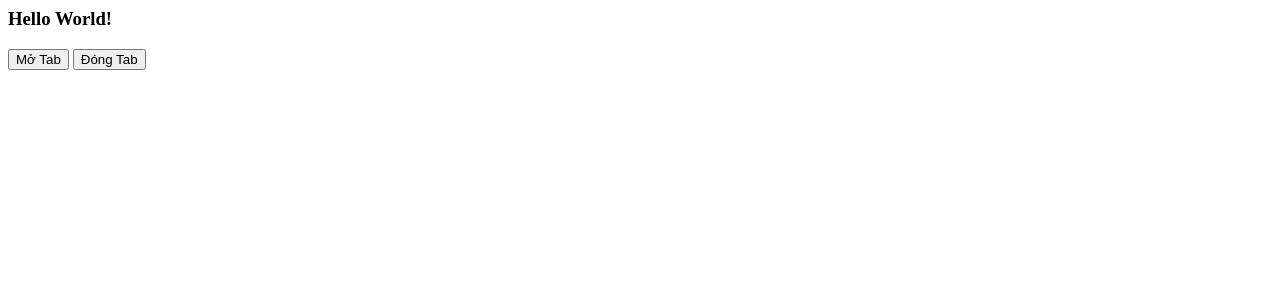
Repository: HuynhDuc23/learn__javascript__basic
Page: lab18/bom.html
An editor plug-in stored every save of this project. The page is shown before and after the next save, followed by the edit.
The browser window is 1280 px wide. The pictures show the whole page.

Above is the page before, as saved 2024-01-08 20:41:13.

### lab18/bom.html
<html lang="en">
<head>
    <meta charset="UTF-8">
    <meta name="viewport" content="width=device-width, initial-scale=1.0">
    <title>BOM IN JAVASCRIPT 2024</title>
</head>
<body>
    <h3>Hello World!</h3>
    <button onclick="openTab()"> Mở Tab</button>
    <button onclick="closeTab()">Đóng Tab</button>
    <script>
      console.log(window.innerHeight);
      console.log(window.innerWidth);
      // hiển thị ra chiều cao và rộng của trình duyệt

      // mở tab
      var check ;
      function openTab(){
        check = window.open("https://28tech.com.vn/lap-trinh-java-va-sql.html","_balnk","width=200,height=300,top=50,left=50")
      }
      // đóng tab
      function closeTab(){
        check.close();
      }
      // window.location.href
      var time = window.location.href ;
      setTimeout(()=>{
           console.log(time);
           // sau 5s gửi lượng truy cập lên server
      },5000)
    </script>
</body>
</html>

After the next save:
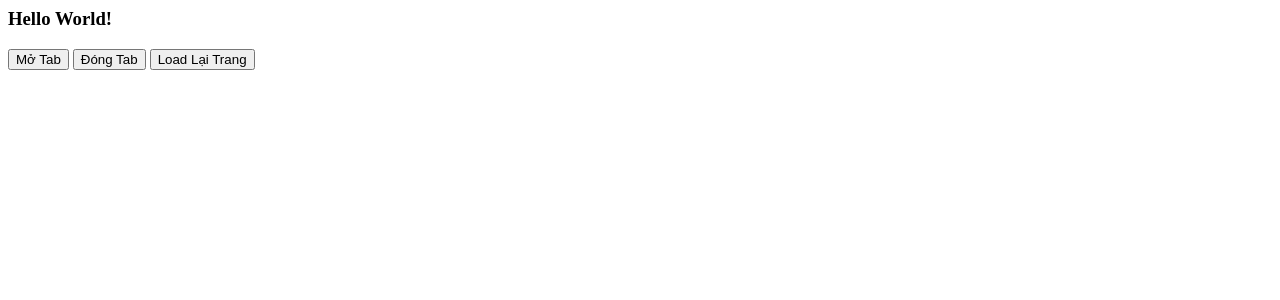
Console error: ReferenceError: laod is not defined
Saved 29 min 31 s later.
--- a/lab18/bom.html
+++ b/lab18/bom.html
@@ -8,6 +8,7 @@
     <h3>Hello World!</h3>
     <button onclick="openTab()"> Mở Tab</button>
     <button onclick="closeTab()">Đóng Tab</button>
+    <button onclick="loadTab()">Load Lại Trang</button>
     <script>
       console.log(window.innerHeight);
       console.log(window.innerWidth);
@@ -27,7 +28,18 @@
       setTimeout(()=>{
            console.log(time);
            // sau 5s gửi lượng truy cập lên server
+           // duy nhất
+
       },5000)
+      // reload() : lại trang lại thông qua đối tượng location
+
+      var load ;
+      function loadTab(){
+        load = window.location.reload() ;
+      }
+      setTimeout(() => {
+        console.load(laod)
+      }, 5000);
     </script>
 </body>
 </html>
